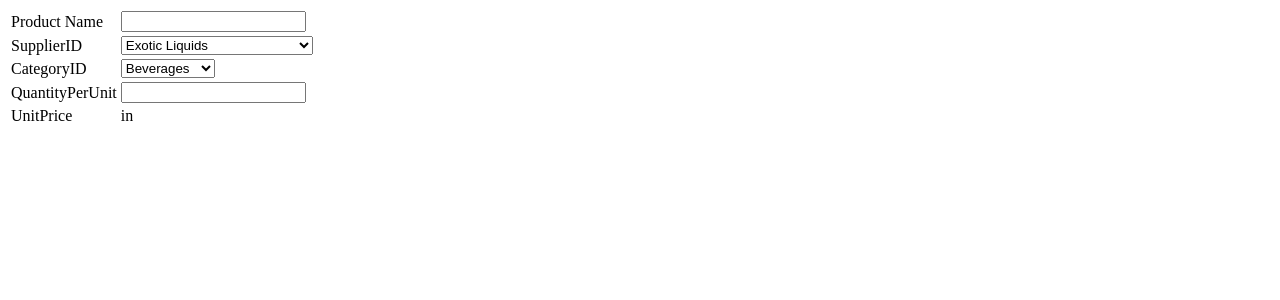
Repository: kaza1509/PRJ301
Page: SE1613/web/addProducts.html
The author's editor kept a copy of each file at every save. The page is drawn from the files as they stood at one save, then again after the next save.
The browser window is 1280 px wide. The pictures show the whole page.

Above is the page before, as saved 2022-01-19 16:53:58.

### SE1613/web/addProducts.html
<!DOCTYPE html>
<html lang="en">
    <head>
        <meta charset="UTF-8">
        <meta http-equiv="X-UA-Compatible" content="IE=edge">
        <meta name="viewport" content="width=device-width, initial-scale=1.0">
        <title>Document</title>
    </head>
    <body>
        <table>
            <tr>
                <td>Product Name</td>
                <td>
                    <input type="text">
                </td>
            </tr>
            <tr>
                <td>SupplierID</td>
                <td>
                    <select name="" id="SupplierID">
                        <option value="1">Exotic Liquids</option>
                        <option value="2">New Orleans Cajun Delights</option>
                        <option value="3">Grandma Kelly's Homestead</option>
                    </select>
                </td>
            </tr>
            <tr>
                <td>CategoryID</td>
                <td>
                    <select name="" id="CategoryID">
                        <option value="1">Beverages</option>
                        <option value="2">Condiments</option>
                        <option value="3">Confections</option>
                    </select>
                </td>
            </tr>
            <tr>
                <td>QuantityPerUnit</td>
                <td>
                    <input type="text">
                </td>
            </tr>
            <tr>
                <td>UnitPrice</td>
                <td>
                    in
                </td>
            </tr>
            <tr>
                <td></td>
                <td></td>
            </tr>
            <tr>
                <td></td>
                <td></td>
            </tr>
            <tr>
                <td></td>
                <td></td>
            </tr>
            <tr>
                <td></td>
                <td></td>
            </tr>
        </table>
    </body>
</html>

After the next save:
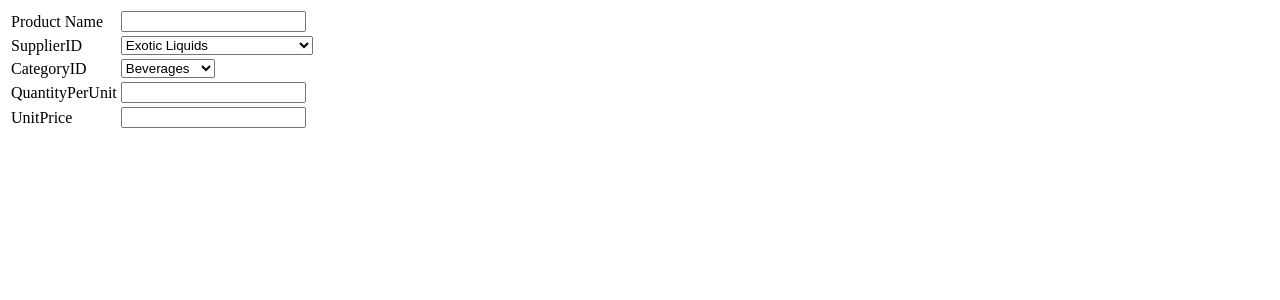
Saved 4 s later.
--- a/SE1613/web/addProducts.html
+++ b/SE1613/web/addProducts.html
@@ -43,7 +43,7 @@
             <tr>
                 <td>UnitPrice</td>
                 <td>
-                    in
+                    <input type="number" name="" id="">
                 </td>
             </tr>
             <tr>
